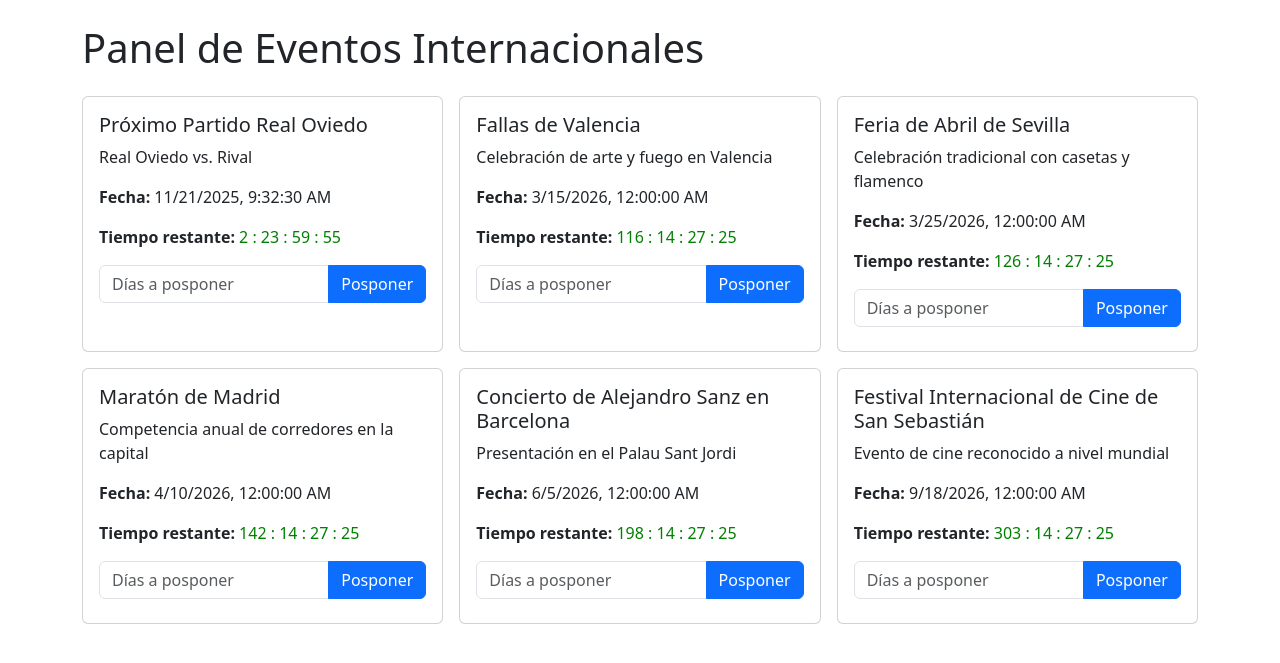
Repository: osoriomrs/DWEC
Page: EJER_16/Ejercicio2/index.html
An editor plug-in stored every save of this project. The page is shown before and after the next save, followed by the edit.
The browser window is 1280 px wide. The pictures show the whole page.

Above is the page before, as saved 2026-01-14 11:05:13.

After the next save:
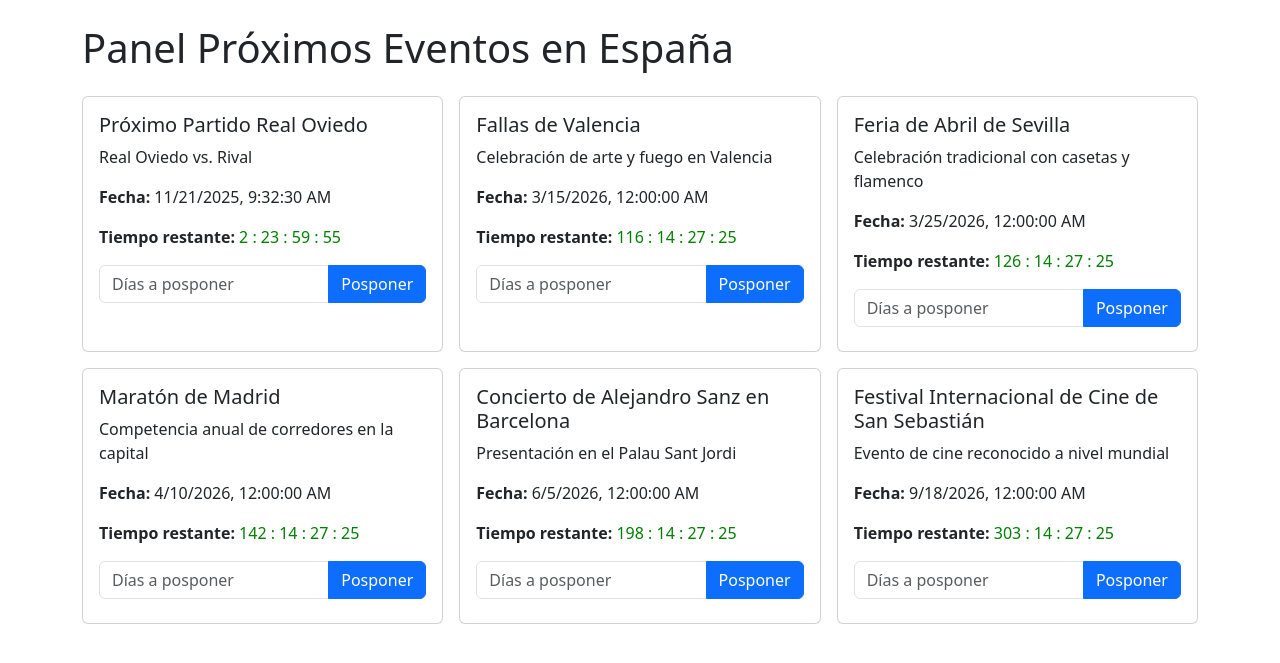
Saved 35 s later.
--- a/EJER_16/Ejercicio2/index.html
+++ b/EJER_16/Ejercicio2/index.html
@@ -8,7 +8,7 @@
 </head>
 <body>
   <div class="container py-4">
-    <h1 class="mb-4">Panel de Eventos Internacionales</h1>
+    <h1 class="mb-4">Panel Próximos Eventos en España</h1>
     <div id="eventosContainer" class="row g-3"></div>
   </div>
   <script src="scripts/app.js"></script>
